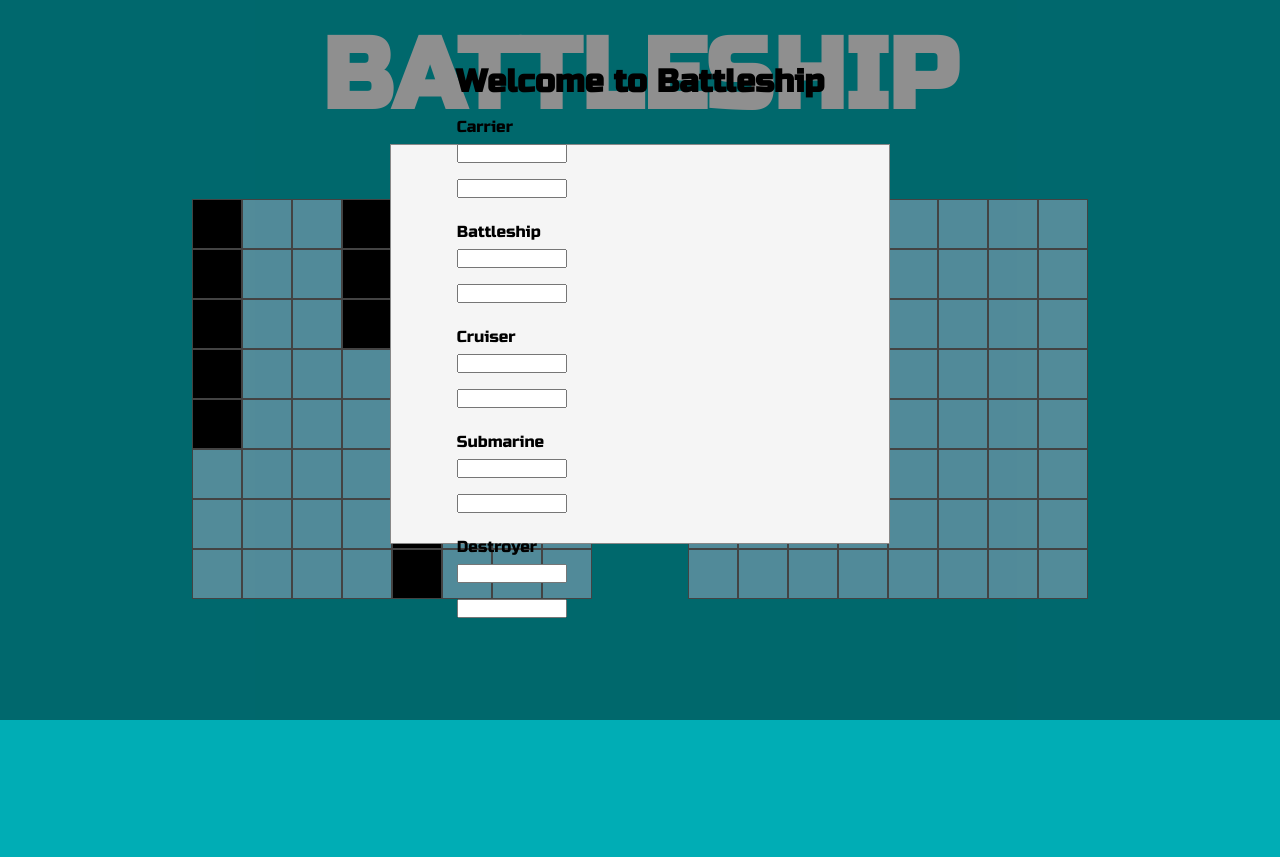
Repository: AzharMoosa/battleship
Page: /
The author's editor kept a copy of each file at every save. The page is drawn from the files as they stood at one save, then again after the next save.
The browser window is 1280 px wide. The pictures show the whole page.
The project was rebuilt for these pictures with package versions that can differ from the ones it lists, and the page was loaded fresh each time.

Above is the page before, as saved 2020-07-09 10:12:54.

After the next save:
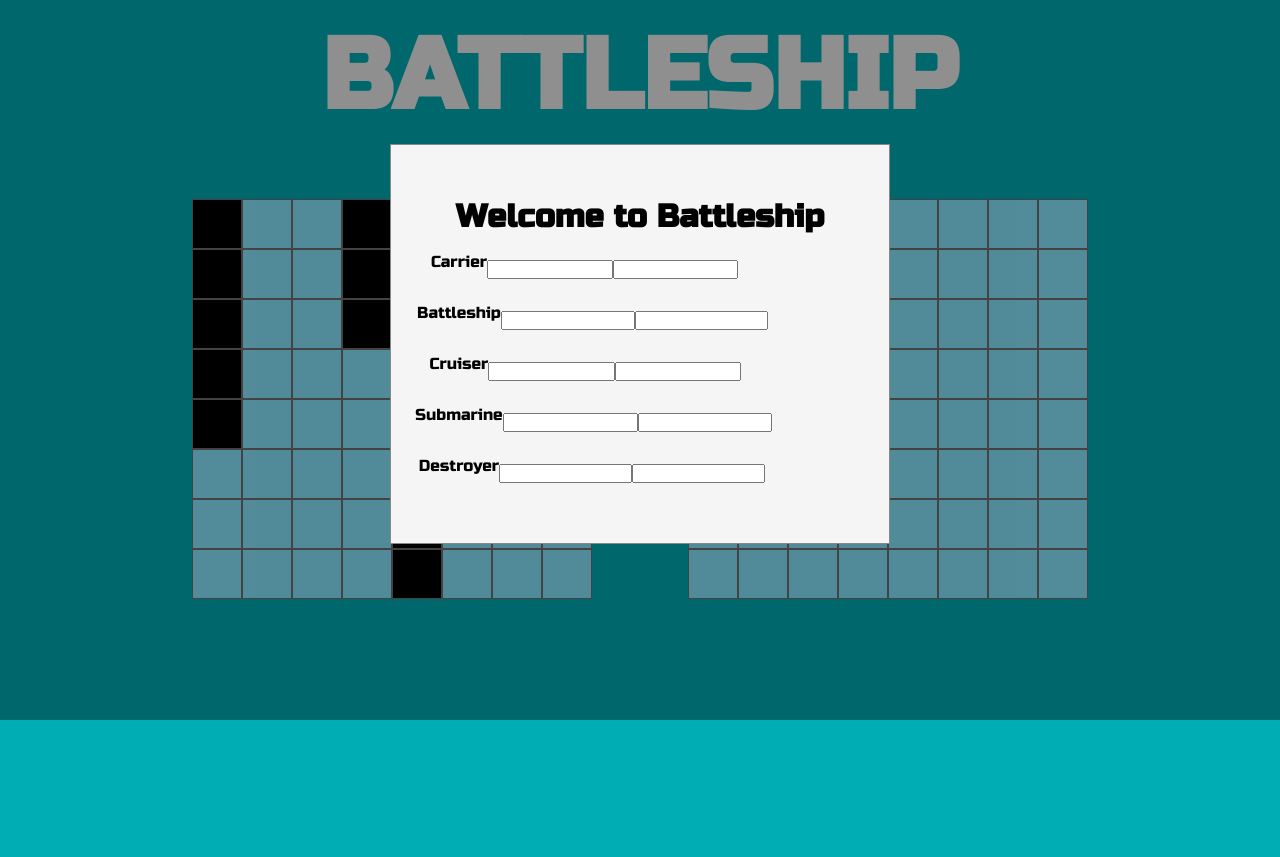
Saved 7 s later.
--- a/src/App.css
+++ b/src/App.css
@@ -122,7 +122,7 @@ body {
 
 .coord-inputs {
   display: flex;
-  flex-direction: column;
+  flex
   width: 80%;
   margin-top: 1rem;
 }
